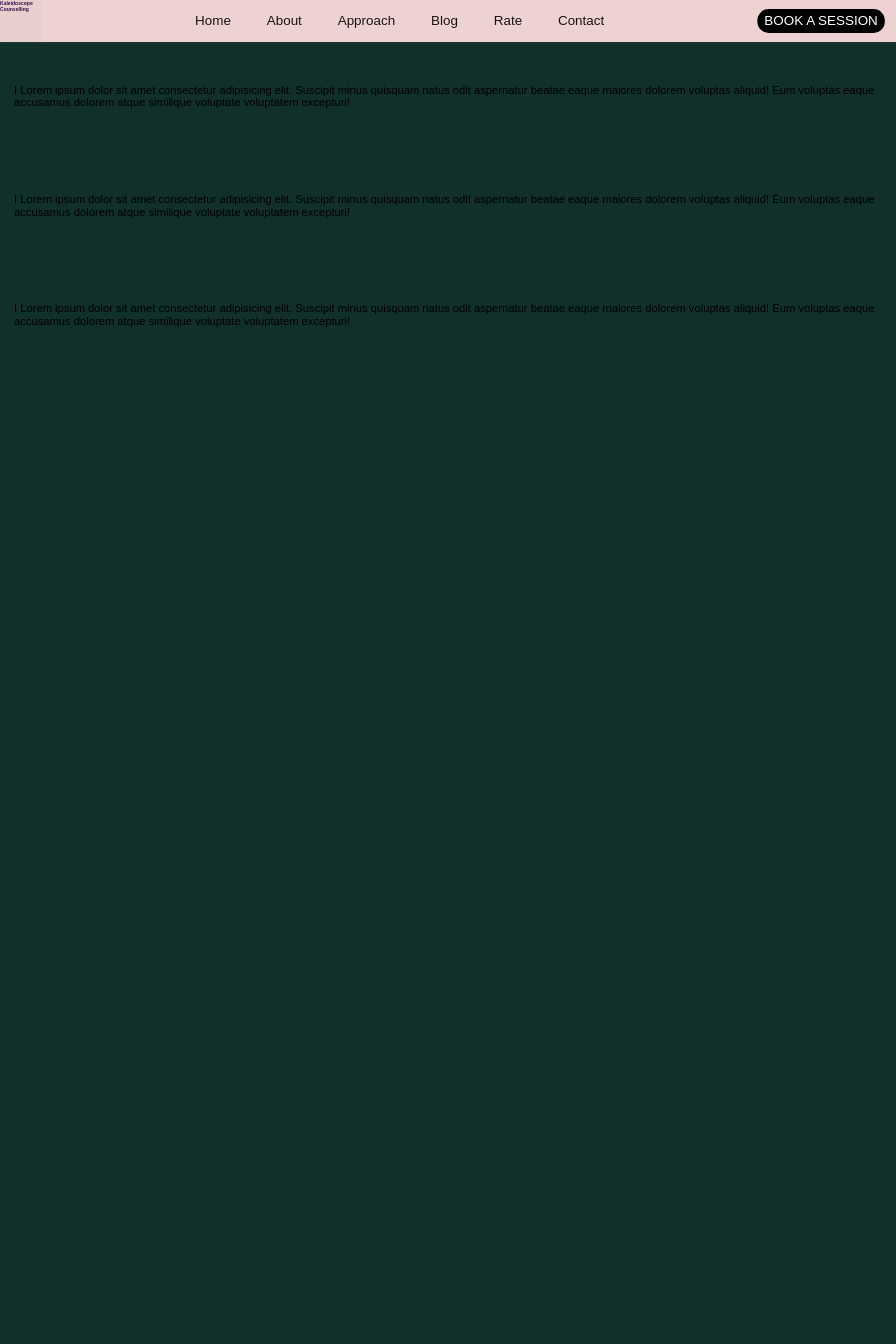
Repository: voutadi/ava-website
Page: index.html
These files come from the project's save history. The page is drawn as it stood at one moment and after a run of saves; the edit follows.
The browser window is 1280 px wide. The pictures show the part of the page from y = 0 to 1920 px (the page is 3120 px tall), at 70% of full size.

Above is the page before, as saved 2024-07-05 23:26:24.

After the next 7 saves:
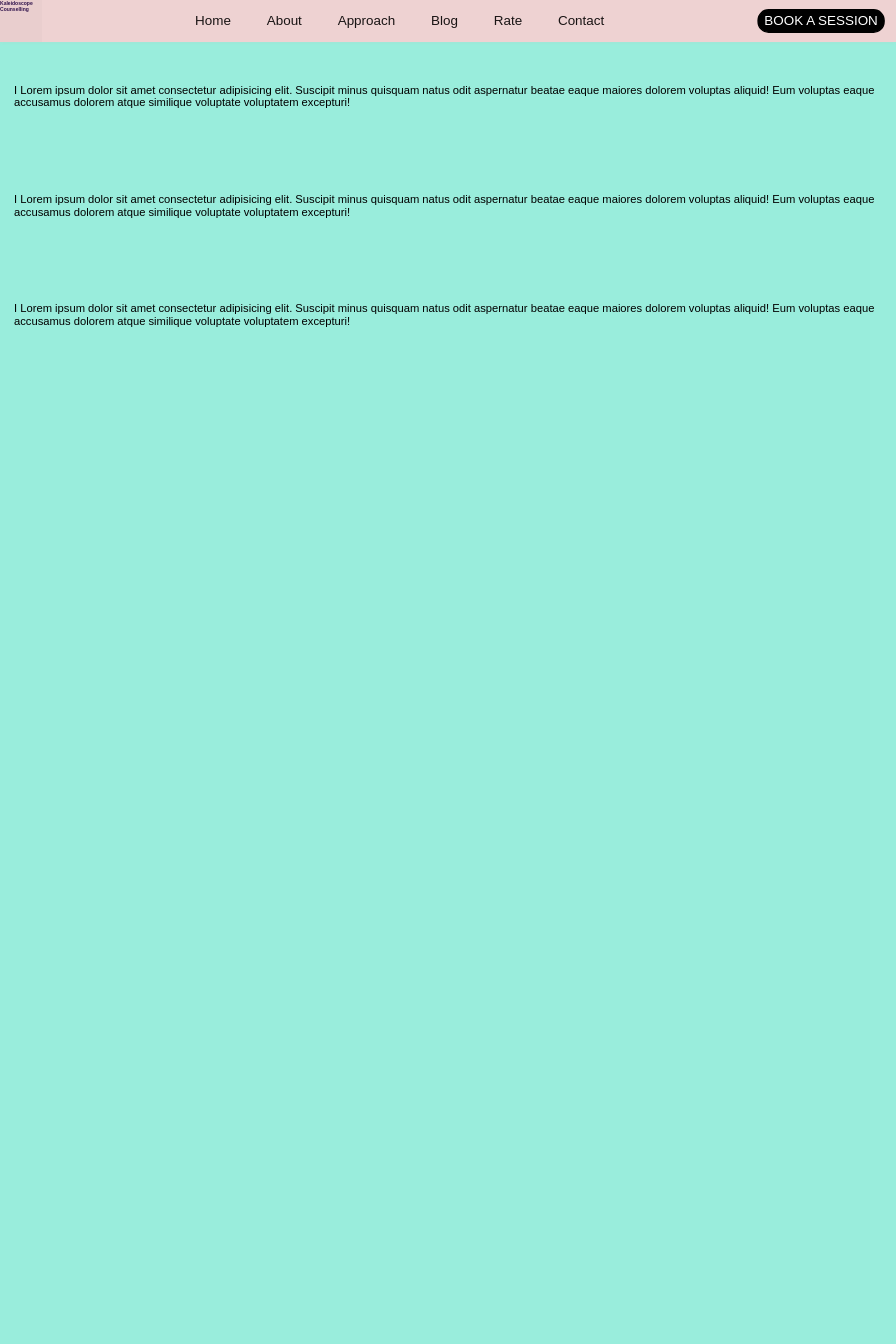
The 7 saves are shown as one change because they came seconds apart.
The last was saved 34 s later.
--- a/styles/style.css
+++ b/styles/style.css
@@ -4,7 +4,7 @@
   box-sizing: border-box;
 }
 body {
-  background-color: #11302a;
+  background-color: #99eddc;
 
   height: 3000px;
   font-family: Arial, Helvetica, sans-serif;
